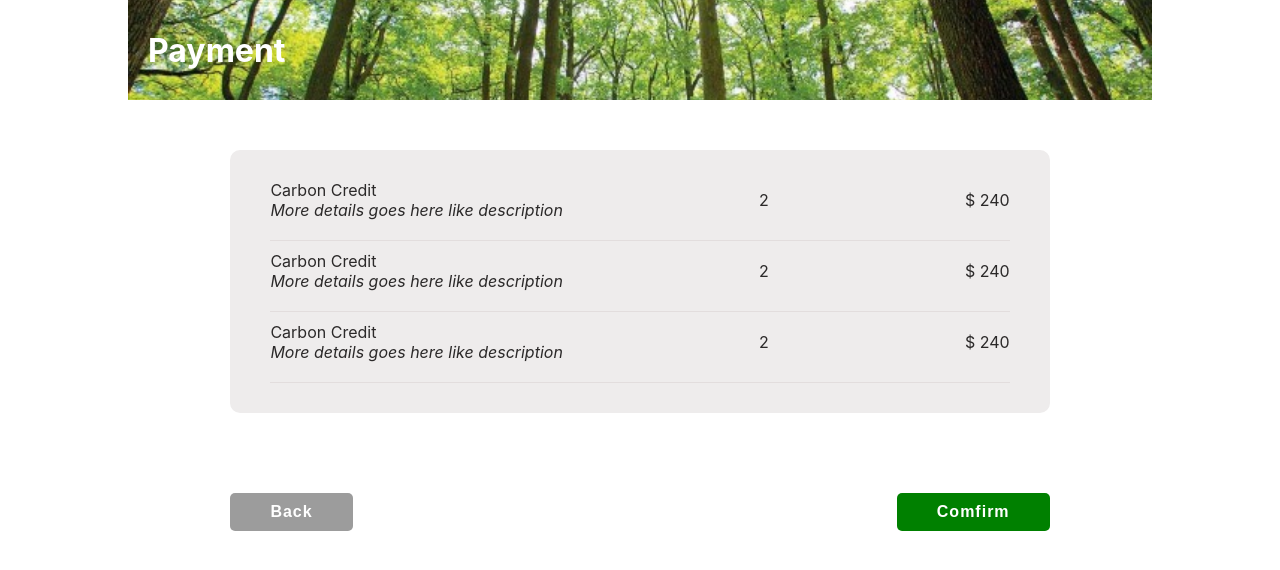
Repository: Yowani24/CarbonApp
Page: /payment
An editor plug-in stored every save of this project. The page is shown before and after the next save, followed by the edit.
The browser window is 1280 px wide. The pictures show the whole page.
The project was rebuilt for these pictures with package versions that can differ from the ones it lists, and the page was loaded fresh each time. The framework's server and built-in components were replaced by stand-ins that run in the browser. Also part of the build but not shown: next.config.js, pages/cart/Cart.module.css, pages/cart/index.js.

Above is the page before, as saved 2021-09-27 00:54:33.

### pages/_app.js
import '../styles/globals.css'
import Cart from './cart';

function MyApp({ Component, pageProps }) {
  return (
    <>
      <Component {...pageProps} />
    </>
  );
}

export default MyApp

### pages/payment/index.js
import React from 'react';
import Head from 'next/head'
import styles from './Payment.module.css'
import Link from 'next/link';


export default function Payment(props) {
    return (
       <>
        <Head>
            <title>Payment</title>
        </Head>

        <header className={styles.header}>
            <div className={styles.interface}>
                <div className={styles.header_content}>
                    <h1>Payment</h1>
                </div>
            </div>
        </header>

        <div className={styles.content}>
            <div className={styles.interface}>
                <div className={styles.list_content}>
                    <span>
                        <p>Carbon Credit <br/> <i>More details goes here like description</i></p>
                        <p>2</p>
                        <p>$ 240</p>
                    </span>

                    <span>
                        <p>Carbon Credit <br/> <i>More details goes here like description</i></p>
                        <p>2</p>
                        <p>$ 240</p>
                    </span>

                    <span>
                        <p>Carbon Credit <br/> <i>More details goes here like description</i></p>
                        <p>2</p>
                        <p>$ 240</p>
                    </span>
                </div>
            </div>
        </div>

        <div className={styles.button_box}>
            <div className={styles.interface}>
                <span>
                    <Link href="/cart"><button>Back</button></Link>
                    <button>Comfirm</button>
                </span>
            </div>
        </div>
       </>
    );
}

### styles/globals.css
html,
body {
  padding: 0;
  margin: 0;
  font-family: -apple-system, BlinkMacSystemFont, Segoe UI, Roboto, Oxygen,
    Ubuntu, Cantarell, Fira Sans, Droid Sans, Helvetica Neue, sans-serif;
}

a {
  color: inherit;
  text-decoration: none;
}

* {
  margin: 0;
  box-sizing: border-box;
}

### pages/payment/Payment.module.css
.interface{
    width: 80%;
    margin: 0 auto;
}

@media (max-width: 780px){
    .interface{
        width: 100%;
    }
}

/* ===========================HEADER=================== */
.header_content{
    height: 100px;
    display: flex;
    align-items: center;
    padding: 0 20px;
    color: #FFFFFF;

    background: red;

    background-image: url('/public/appima.jpg');
    background-repeat: no-repeat;
    background-position: center;
    background-size: cover;

}

@media (max-width: 780px){
    .header_content{
        padding: 0 40px;
        height: 80px;
    }
}

@media (max-width: 460px){
    .header_content{
        padding: 0 20px;
        font-size: 16px;
    }
}

/* ========================LIST====================== */

.list_content{
    width: 80%;
    margin: 0 auto;
    margin-top: 50px;
    border-radius: 10px;
    padding: 20px 40px;
    background: rgb(238, 236, 236);
}
.list_content span{
    display: flex;
    justify-content: space-between;
    align-items: center;
    color: rgb(43, 41, 41);

    margin: 10px 0;
    border-bottom: 1px solid rgb(226, 221, 221);
    padding-bottom: 20px;
}

@media (max-width: 460px){
    .list_content{
        width: 90%;
        padding: 20px 20px;
    }
    .list_content span{
        font-size: 14px;
        margin: 5px 0;
        border-bottom: 1px solid rgb(226, 221, 221);
        padding-bottom: 10px;
    }
    .list_content span p:first-child{
        width: 140px;

    }
    .list_content span i{
        font-size: 8px;
    }
}

/* ================================BUTTON=================== */
.button_box{
    margin-top: 80px;
}
.button_box span{
    display: flex;
    justify-content: space-between;
    width: 80%;
    margin: 0 auto;
}
.button_box button:first-child{
    background: rgb(156, 156, 156);
}
.button_box button:first-child:hover{
    background: rgb(122, 120, 120);
}
.button_box button:first-child:active{
    background: rgb(187, 184, 184);
}

.button_box button{
    border: none;
    background: green;
    padding: 10px 40px;
    font-size: 16px;
    color: #FFFFFF;
    letter-spacing: 1px;
    border-radius: 5px;
    cursor: pointer;
    transition: .1s;
    font-weight: bold;
}

.button_box button:nth-child(2):hover{
    background: rgb(1, 92, 1);
}
.button_box button:nth-child(2):active{
    background: rgb(13, 131, 13);
}

@media (max-width: 460px){
    .button_box{
        margin-top: 50px;
    }
    .button_box span{
        width: 90%;
    }
    .button_box button{
        padding: 10px 30px;
        font-size: 14px;
    }
}

Loaded but not shown: pages/api/hello.js (common file)

After the next save:
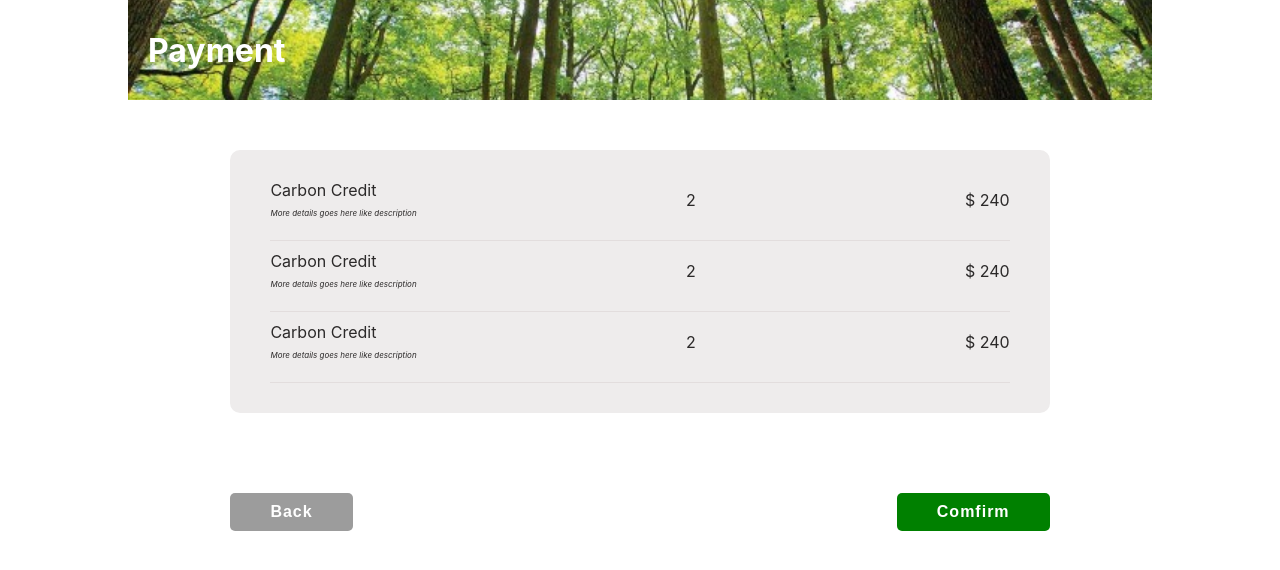
Saved 56 s later.
--- a/pages/payment/Payment.module.css
+++ b/pages/payment/Payment.module.css
@@ -59,6 +59,9 @@
     margin: 10px 0;
     border-bottom: 1px solid rgb(226, 221, 221);
     padding-bottom: 20px;
+}
+.list_content span i{
+    font-size: 8px;
 }
 
 @media (max-width: 460px){
